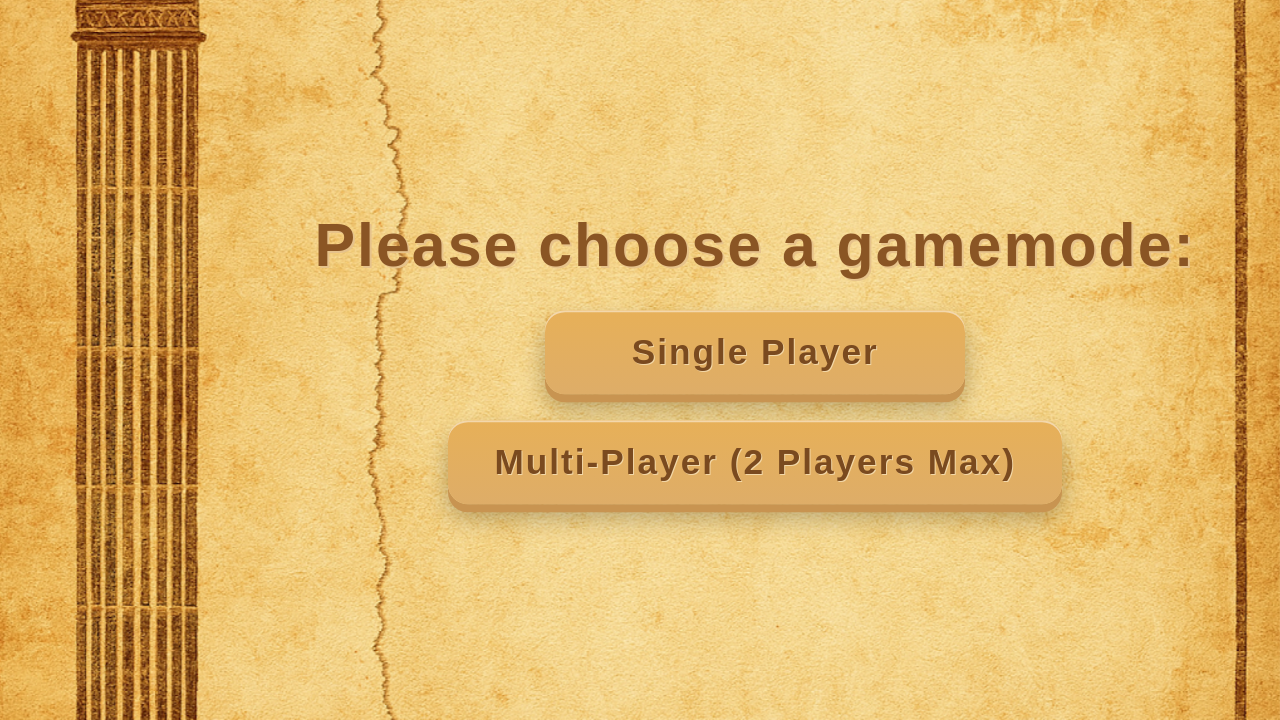
Repository: brianabariteau/Web-1-Final-Project-2025
Page: features/mode-selection/mode-selection.html
The author's editor kept a copy of each file at every save. The page is drawn from the files as they stood at one save, then again after the next save.
The browser window is 1280 px wide. The pictures show the whole page.
Some web fonts or font styles are not loaded; a fallback is used.

Above is the page before, as saved 2025-12-21 22:16:22.

After the next save:
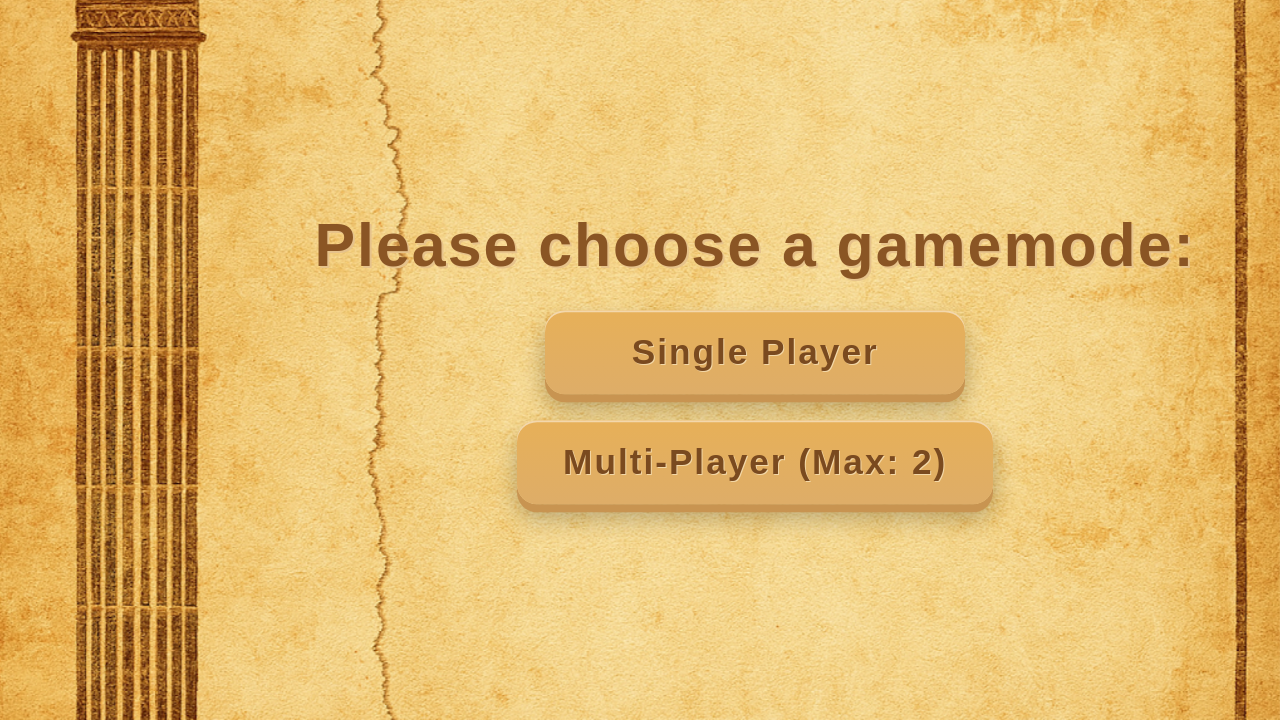
Saved 8 s later.
--- a/features/mode-selection/mode-selection.js
+++ b/features/mode-selection/mode-selection.js
@@ -25,7 +25,7 @@ $(singlePlayerButton).append(singlePlayerText);
 
 // * Multi-Player Button
 const multiPlayerButton = $("<button>").addClass("multi-player-button");
-const multiPlayerText = $("<p>").text("Multi-Player (2 Players Max)");
+const multiPlayerText = $("<p>").text("Multi-Player (Max: 2)");
 
 $(multiPlayerButton).on("click", () => {
   window.location.href =
